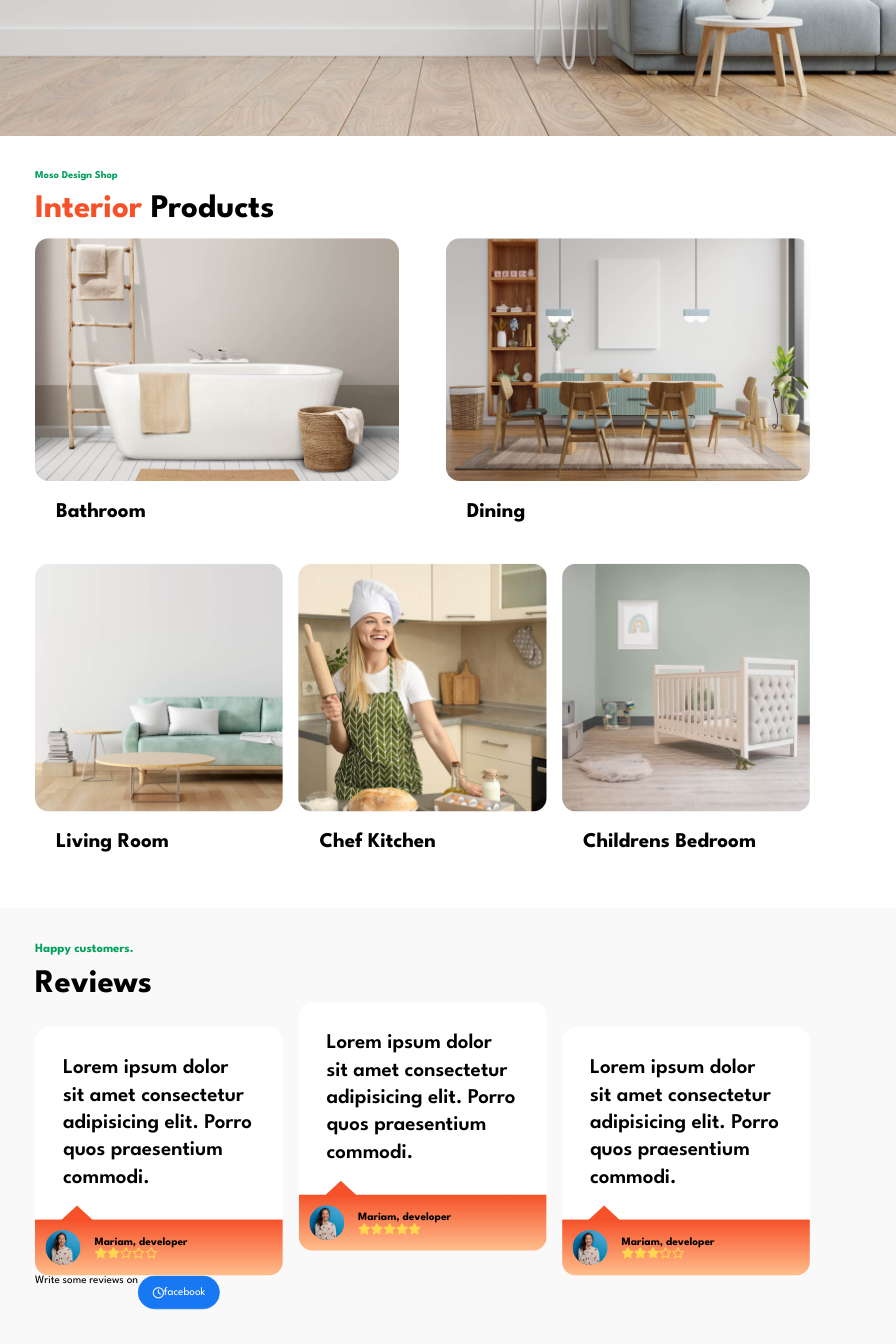
Repository: mariamnabil23/furniture
Page: index.html
The author's editor kept a copy of each file at every save. The page is drawn from the files as they stood at one save, then again after a run of saves.
The browser window is 1280 px wide. The pictures show the part of the page from y = 1826 to 3746 px (the page is 3746 px tall), at 70% of full size.
The pointer rests on the first visible `.reviews .bottom .box-btn`.
Some web fonts or font styles are not loaded; a fallback is used.

Above is the page before, as saved 2024-10-31 10:11:18.

### index.html
<!DOCTYPE html>
<html lang="en">

<head>
    <meta charset="UTF-8">
    <meta name="viewport" content="width=device-width, initial-scale=1.0">
    <title>Furnture</title>

    <!-- font awesome -->
    <link rel="stylesheet" href="https://cdnjs.cloudflare.com/ajax/libs/font-awesome/6.0.0-beta3/css/all.min.css">

    <!-- google font -->
    <link rel="preconnect" href="https://fonts.googleapis.com">
    <link rel="preconnect" href="https://fonts.gstatic.com" crossorigin>
    <link
        href="https://fonts.googleapis.com/css2?family=Anton&family=DM+Sans:ital,opsz,wght@0,9..40,100..1000;1,9..40,100..1000&family=Inter:wght@100..900&family=Karla:ital,wght@0,200..800;1,200..800&family=League+Spartan:wght@100..900&family=Montserrat:ital,wght@0,100..900;1,100..900&family=Nunito:ital,wght@0,200..1000;1,200..1000&family=Playwrite+GB+S:ital,wght@0,100..400;1,100..400&family=Saira+Semi+Condensed:wght@100;200;300;400;500;600;700;800;900&family=Sorts+Mill+Goudy:ital@0;1&family=Tajawal:wght@200;300;400;500;700;800;900&family=Work+Sans:ital,wght@0,100..900;1,100..900&family=Yellowtail&family=Zen+Dots&display=swap"
        rel="stylesheet">


    <link rel="stylesheet" href="style.css">
</head>

<body>
    <div class="container">

        <!-- header section -->
        <section class="header">
            <div class="navbar">
                <div class="left">
                    <h2> <span class="y">Moso</span> Inter<span class="g">ior</span></h2>
                </div>
                <div class="right">
                    <ul>
                        <li><a href="#">Home</a></li>
                        <li><a href="#">About</a></li>
                        <li><a href="#">Shop</a></li>
                        <li><a href="#">Reviews</a></li>
                        <li><a href="#">Contact</a></li>
                    </ul>
                </div>
            </div>
        </section>

        <!-- home section -->
        <section class="home">
            <div class="content">
                <div class="top">
                    <h5>Welcome to Moso Interior</h5>
                    <i class="fas fa-home"></i>
                </div>
                <div class="middle">
                    <h1>Decorate a beautiful <br> interior for your space</h1>
                </div>
                <div class="bottom">
                    <div class="l">
                        <label>Product</label>
                        <input placeholder="bathroom, livin">
                    </div>
                    <div class="r">
                        <label>Product</label>
                        <input placeholder="bathroom, livin">
                    </div>
                    <div class="btn">
                        <button>Search</button>
                    </div>
                    <div class="down"><i class="fas fa-arrow"></i></div>
                </div>
            </div>
        </section>

        <!-- about section -->
        <section class="about">
            <div class="content">
                <div class="left">
                    <h5>Our Story</h5>
                    <h1>Introducing <span>Moso</span></h1>
                    <h2>Since 1986, We crafted <br> interior products for better <br> spaces</h2>
                    <p>Moso Interior is a free Bootstrap 5 HTML CSS template for your website. Tooplate is one of the
                        best websites to download 100% free HTML Templates for web designers and developers around the
                        world. Thank you for visiting.</p>
                </div>
                <div class="middle">
                    <img src="/images/about1.jpg">
                </div>
                <div class="right">
                    <img src="/images/about2.jpg">
                </div>
            </div>
        </section>

        <!-- open section -->
        <section class="open">
            <div class="content">
                <h1>Opening Hours</h1>
                <div class="box">
                    <i class="fa-regular fa-clock"></i>
                    <div class="hours">
                        <div><span class="day">Mon - Friday ~</span> <span class="clock">8:00 AM - 6:00 PM</span></div>
                        <div class="s"><span class="day">Saturday ~</span> <span class="clock">10:00 AM - 10:00 PM</span></div>
                        <div><span class="day">Sunday ~ Closed</span></div>
                    </div>
                </div>
            </div>
        </section>

        <!-- products section -->
        <section class="products">
            <div class="content">
                <div class="top">
                    <h5>Moso Design Shop</h5>
                    <h2> <span class="r">Interior</span> Products</h2>
                </div>
                <div class="box-two">
                    <div class="b1">
                        <img src="/images/p1.jpg" >
                        <h3>Bathroom</h3>
                    </div>
                    <div class="b2">
                        <img src="/images/p2.jpg" >
                        <h3>Dining</h3>
                    </div>
                </div>
                <div class="box-three">
                    <div class="b3">
                        <img src="/images/p3.jpg" >
                        <h3>Living Room</h3>
                    </div>
                    <div class="b4">
                        <img src="/images/p4.jpg" >
                        <h3>Chef Kitchen</h3>
                    </div>
                    <div class="b5">
                        <img src="/images/p5.jpg" >
                        <h3>Childrens Bedroom</h3>
                    </div>
                </div>
            </div>
        </section>

        <!-- reviews section -->
        <section class="reviews">
            <div class="content">
                <div class="top">
                    <h5>Happy customers.</h5>
                    <h2>Reviews</h2>
                </div>
                <div class="container">
                    <div class="box">
                        <h2>Lorem ipsum dolor sit amet consectetur adipisicing elit. Porro quos praesentium commodi.</h2>
                        <div class="btm">
                            <img src="/images/person1.jpg" >
                            <div class="rating">
                                <h4>Mariam, developer</h4>
                                <div class="stars">
                                    <i class="fa-solid fa-star"></i>
                                    <i class="fa-solid fa-star"></i>
                                    <i class="fa-regular fa-star"></i>
                                    <i class="fa-regular fa-star"></i>
                                    <i class="fa-regular fa-star"></i>
                                </div>
                            </div>
                        </div>
                    </div>
                    <div class="box">
                        <h2>Lorem ipsum dolor sit amet consectetur adipisicing elit. Porro quos praesentium commodi.</h2>
                        <div class="btm">
                            <img src="/images/person1.jpg" >
                            <div class="rating">
                                <h4>Mariam, developer</h4>
                                <div  class="stars">
                                    <i class="fa-solid fa-star"></i>
                                    <i class="fa-solid fa-star"></i>
                                    <i class="fa-solid fa-star"></i>
                                    <i class="fa-solid fa-star"></i>
                                    <i class="fa-solid fa-star"></i>
                                </div>
                            </div>
                        </div>
                    </div>
                    <div class="box">
                        <h2>Lorem ipsum dolor sit amet consectetur adipisicing elit. Porro quos praesentium commodi.</h2>
                        <div class="btm">
                            <img src="/images/person1.jpg" >
                            <div class="rating">
                                <h4>Mariam, developer</h4>
                                <div  class="stars">
                                    <i class="fa-solid fa-star"></i>
                                    <i class="fa-solid fa-star"></i>
                                    <i class="fa-solid fa-star"></i>
                                    <i class="fa-regular fa-star"></i>
                                    <i class="fa-regular fa-star"></i>
                                </div>
                            </div>
                    </div>
                    </div>
                </div>
                <div class="bottom">
                    <p>Write some reviews on</p>
                    <a href="#" class="box-btn"> <i class="fa-regular fa-clock"></i> facebook </a>
                </div>
        </section>

    </div>
</body>

</html>

### style.css
@import url('https://fonts.googleapis.com/css2?family=Anton&family=DM+Sans:ital,opsz,wght@0,9..40,100..1000;1,9..40,100..1000&family=Inter:wght@100..900&family=Karla:ital,wght@0,200..800;1,200..800&family=League+Spartan:wght@100..900&family=Montserrat:ital,wght@0,100..900;1,100..900&family=Nunito:ital,wght@0,200..1000;1,200..1000&family=Playwrite+GB+S:ital,wght@0,100..400;1,100..400&family=Saira+Semi+Condensed:wght@100;200;300;400;500;600;700;800;900&family=Sorts+Mill+Goudy:ital@0;1&family=Tajawal:wght@200;300;400;500;700;800;900&family=Work+Sans:ital,wght@0,100..900;1,100..900&family=Yellowtail&family=Zen+Dots&display=swap');


* {
    box-sizing: border-box;
    padding: 0;
    margin: 0;
}

body {
    font-family: "League Spartan", sans-serif;
}

ul {
    list-style: none;
}

a {
    text-decoration: none;
}

.header {
    background-color: rgb(249, 251, 251);
    height: 70px;
    position: fixed;
    width: 100%;
}

.navbar {
    width: 90%;
    margin: auto;
}

.navbar .left {
    float: left;
    display: inline;
}

.navbar .left h2 {
    color: #f65129;
    font-size: 35px;
}

.navbar .left .y {
    color: #ffd74f;
}

.navbar .left .g {
    color: #00a05d;
}

.navbar .right {
    float: right;
    display: inline;
    width: 60%;
}

.navbar .right ul {
    display: flex;
    justify-content: space-between;

}

.navbar .right ul li a {
    color: #706f6f;
    font-size: 20px;
}

.navbar .right ul li a {
    background-color: #ffd74f;

}


/* home */
.home {
    width: 100%;
    height: 100vh;
    background-image: url("/images/home-bg-1.jpg");
    background-size: cover;
    display: flex;
    flex-direction: column;
    align-items: center;
    justify-content: center;
    align-items: center;
}

.home .content {
    display: flex;
    flex-direction: column;
    align-items: center;
    justify-content: center;
    align-items: center;
}

.home .top h5 {
    display: inline;
    color: #00a05d;
    font-size: 18px;
}

.home .top i {
    color: #f65129;
}

.home .middle h1 {
    color: white;
    font-size: 60px;
    margin: 20px 0;
    line-height: 1.2;
}

.home .bottom {
    background: white;
    border-radius: 15px;
    padding: 40px;
    display: flex;
}

.home .bottom .l,
.home .bottom .r {
    margin: auto;
}

.home .bottom .r,
.home .bottom .btn {
    padding-left: 10px;
}

.home .bottom button {
    background: #f65129;
    padding: 10px;
    color: white;
    border: none;
    border-radius: 5px;
}


/* about */

.about {}

.about .content {
    display: flex;
    justify-content: space-between;
    align-items: center;
    width: 90%;
    margin: 100px auto;
}

.about .left {
    width: 40%;
    height: 280px;
}

.about .left h5 {
    color: #00a05d;
    font-size: 18px;
}

.about .middle {
    width: 25%;
    height: 300px;
}

.about .middle img {
    width: 100%;
    height: 100%;
    object-fit: cover;
    border-radius: 100%;
}

.about .right {
    width: 30%;
    height: 380px;
}

.about .right img {
    width: 100%;
    height: 100%;
    object-fit: cover;
    border-radius: 100%;
}

.about .left h1,
h2 {
    color: #6c757d;
}

.about .left h1 {
    font-size: 50px;
    font-weight: 600;
}

.about .left h2 {
    font-size: 40px;
    font-weight: 500;
    margin: 20px 0;

}

.about .left span {
    color: black;
}

.about .left p {
    color: #717275;
    font-size: 16px;
    font-weight: 300;
    line-height: 1.5;
}

/* open */
.open {
    width: 100%;
    height: 100vh;
    background-image: url('/images/open-bg.jpg');
    background-size: cover;
    position: relative;

}

.open .content {
    background-color: #e9eaeb;
    border-top: 25px solid #f65129;
    border-radius: 20px;
    width: 35%;
    padding: 30px 50px;
    position: absolute;
    top: 50%;
    left: 30%;
    transform: translate(-50%, -50%);
}

.open h1 {
    font-size: 50px;
    font-weight: 600;
}

.open .box {
    display: flex;
    align-items: baseline;
    margin-top: 30px;
}

.open .box i {
    padding-right: 16px;
    font-size: 25px;
    color: #504f4f;
}

.open .box .day {
    color: #838383;
    font-size: 20px;
    font-weight: 400;
}

.open .box .clock {
    font-size: 20px;
    font-weight: 700;
    color: #4a4949;
}

.open .box .s {
    padding: 20px 0;
}


/* products */


.products {
    color: #00a05d;
    font-size: 18px;
    margin: 50px 0px 50px 50px;
}

.products .content {
    width: 90%;
}

.products .top {}

.products .top h2 {
    color: black;
    margin: 20px 0;
    font-size: 47px;
}

.products .top .r {
    color: #f65129;
}

.products .box-two,
.products .box-three {
    width: 100%;
    display: flex;
    justify-content: space-between;
}

.products .box-two .b1,
.products .box-two .b2 {
    width: 47%;
    border-radius: 20px;
    display: flex;
    flex-direction: column;
}

.products .box-two .b1 img,
.products .box-two .b2 img {
    object-fit: cover;
    width: 100%;
    height: 100%;
    border-radius: 20px;
}

.products .box-three {
    margin-top: 30px;
}

.products .box-three .b3,
.products .box-three .b4,
.products .box-three .b5 {
    width: 32%;
    border-radius: 20px;
    display: flex;
    flex-direction: column;
}

.products .box-three .b3 img,
.products .box-three .b4 img,
.products .box-three .b5 img {
    object-fit: cover;
    width: 100%;
    border-radius: 20px;
}

.products .box-two h3,
.products .box-three h3 {
    color: black;
    padding: 30px;
    font-size: 30px;
}

/* Reviews */
.reviews {
    padding: 50px 0px 50px 50px;
    background-color: #f9f9f9;
}

.reviews .content {
    width: 90%;
}

.reviews .top h5 {
    color: #00a05d;
    font-size: 18px;
}

.reviews .top h2 {
    color: black;
    margin: 20px 0;
    font-size: 47px;
}

.reviews .container {
    display: flex;
    justify-content: space-between;
    margin-top: 40px;
    position: relative;
}

.reviews .box {
    display: flex;
    flex-direction: column;
    width: 32%;
    background-color: white;
    border-radius: 20px;
    overflow: hidden;
}

.reviews .box:nth-child(2) {
    position: absolute;
    top: 40%;
    left: 50%;
    transform: translate(-50%, -50%);
}

.reviews .box h2 {
    color: black;
    font-size: 30px;
    font-weight: 600;
    line-height: 1.3;
    padding: 40px;
}

.reviews .box .btm {
    display: flex;
    align-items: center;
    padding-top: 20px;
    background: linear-gradient(180deg, rgba(246, 81, 41, 1) 0%, rgba(255, 190, 140, 1) 100%);
    padding: 15px;
    position: relative;
}

.reviews .box .btm::before {
    content: '';
    position: absolute;

    display: block;
    margin: auto;
    width: 0;
    height: 0;
    border-bottom: 22px solid rgba(246, 81, 41, 1);
    border-left: 24px solid transparent;
    border-right: 24px solid transparent;
    position: absolute;
    top: -20px;
    left: 36px;
}

.reviews .box .btm .rating {
    display: flex;
    flex-direction: column;
    padding-left: 20px;
}

.reviews .box .btm .stars {
    color: #ffd74f;
    display: flex;
}

.reviews img {
    width: 50px;
    height: 50px;
    border-radius: 50%;
    object-fit: cover;
}
.reviews .bottom,
.reviews .bottom .box-btn{
    display: flex;

}
.reviews .bottom .box-btn{
    background-color: #1877f2;
    color: white;
    padding: 6px;
    border-radius: 100px;
    border: none;
    padding: 15px 20px;
}
.reviews .bottom .box-btn:hover{
    border: 1px solid #1877f2;
}

After the next 3 saves:
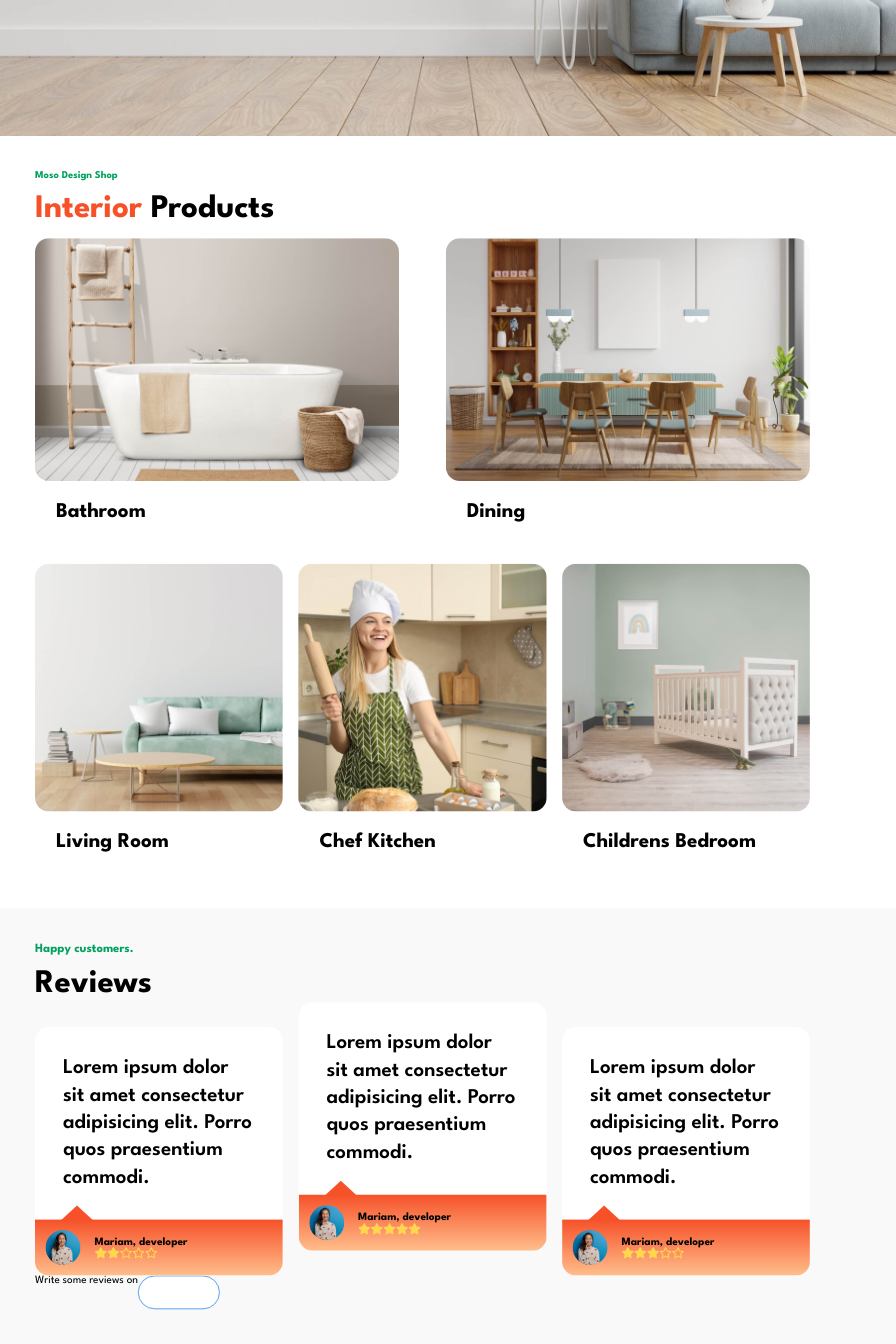
The 3 saves are shown as one change because they came seconds apart.
The last was saved 11 s later.
--- a/style.css
+++ b/style.css
@@ -451,4 +451,5 @@ h2 {
 }
 .reviews .bottom .box-btn:hover{
     border: 1px solid #1877f2;
-}
+    background-color: white;
+}
